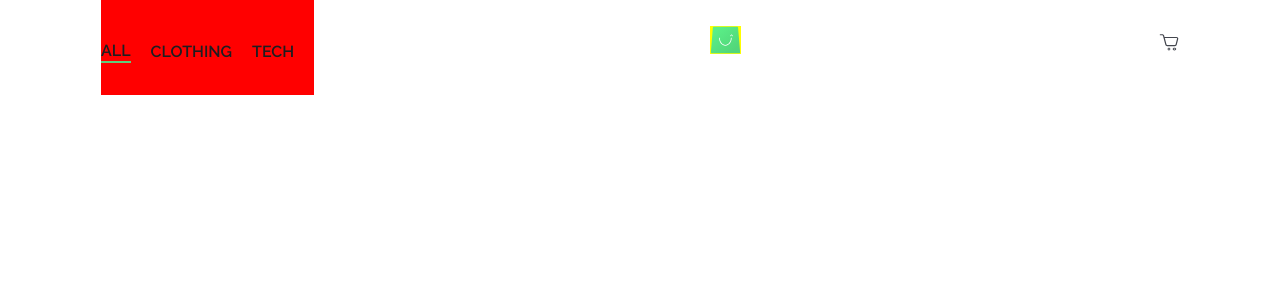
Repository: Esraa22M/project
Page: / (app in ecommerce/)
An editor plug-in stored every save of this project. The page is shown before and after the next save, followed by the edit.
The browser window is 1280 px wide. The pictures show the whole page.
The project was rebuilt for these pictures with package versions that can differ from the ones it lists, and the page was loaded fresh each time. Also part of the build but not shown: ecommerce/src/components/TechCategory.js, ecommerce/src/components/ClothingCategory.js, ecommerce/src/components/ErrorPage.js, ecommerce/src/components/ProductDetails.js, ecommerce/src/components/Cart.js.

Above is the page before, as saved 2022-03-26 02:09:56.

### ecommerce/public/index.html
<!DOCTYPE html>
<html lang="en">

<head>
  <meta charset="utf-8" />
  <link rel="icon" href="%PUBLIC_URL%/favicon.ico" />
  <meta name="viewport" content="width=device-width, initial-scale=1" />
  <meta name="theme-color" content="#000000" />
  <link rel="preconnect" href="https://fonts.googleapis.com">
  <link rel="preconnect" href="https://fonts.gstatic.com" crossorigin>
  <link
    href="https://fonts.googleapis.com/css2?family=Raleway:wght@300;400;500;600;700;800;900&family=Roboto:wght@300;400;500;700;900&family=Source+Sans+Pro:wght@300;400;600;700;900&display=swap"
    rel="stylesheet">
  <meta name="description" content="Web site created using create-react-app" />
  <link rel="apple-touch-icon" href="%PUBLIC_URL%/logo192.png" />
  <!--
      manifest.json provides metadata used when your web app is installed on a
      user's mobile device or desktop. See https://developers.google.com/web/fundamentals/web-app-manifest/
    -->
  <link rel="manifest" href="%PUBLIC_URL%/manifest.json" />
  <!--
      Notice the use of %PUBLIC_URL% in the tags above.
      It will be replaced with the URL of the `public` folder during the build.
      Only files inside the `public` folder can be referenced from the HTML.

      Unlike "/favicon.ico" or "favicon.ico", "%PUBLIC_URL%/favicon.ico" will
      work correctly both with client-side routing and a non-root public URL.
      Learn how to configure a non-root public URL by running `npm run build`.
    -->
  <title>React App</title>
</head>

<body>
  <noscript>You need to enable JavaScript to run this app.</noscript>
  <div id="root"></div>
  <!--
      This HTML file is a template.
      If you open it directly in the browser, you will see an empty page.

      You can add webfonts, meta tags, or analytics to this file.
      The build step will place the bundled scripts into the <body> tag.

      To begin the development, run `npm start` or `yarn start`.
      To create a production bundle, use `npm run build` or `yarn build`.
    -->
</body>

</html>

### ecommerce/src/index.css

/* ------------------- */
/* Custom properties   */
/* ------------------- */
:root {
  /* colors */
  --clr-primary: hsla(136, 53%, 59%, 1);
  --clr-black:hsla(216, 8%, 12%, 1);
  --clr-light: hsla(210, 5%, 67%, 0.19);
  --clr-light-grey:hsla(231, 6%, 58%, 1);
  --clr-white:hsla(0, 0%, 100%, 1);
  --clr-neutral:hsla(247, 13%, 25%, 0.22);
   /* font-sizes */
   --fs-14:0.875;
   --fs-16: 1rem;
   --fs-18: 1.125rem;
   --fs-24:1.5rem;
   --fs-30:1.875rem;
   --fs-42:2.625rem;
    /* font-families */
    --ff-raleway:'Raleway', sans-serif;
    --ff-roboto: 'Roboto', sans-serif;

}
/* ------------------- */
/* Reset               */
/* ------------------- */

/* Box sizing */
*,
*::before,
*::after {
    box-sizing: border-box;
    margin: 0;
    padding: 0;
}
body{
  font-family: var(--ff-raleway);
  position: relative;
  font-size:16px;
  color: var(--clr-black);
  line-height:18px;
  min-height: 100vh;
  -webkit-font-smoothing: antialiased;
  -moz-osx-font-smoothing: grayscale;
}

### ecommerce/src/App.js
import React from "react";
import { BrowserRouter as Router, Routes, Route } from "react-router-dom";
import AllCategory from "./components/AllCategory";
import Navbar from "./components/Navbar";
import TechCategory from "./components/TechCategory";
import ClothingCategory from "./components/ClothingCategory";
import ErrorPage from "./components/ErrorPage";
import ProductDetails from "./components/ProductDetails";
import Cart from "./components/Cart";
class App extends React.Component {
  constructor(props) {
    super(props);

    this.state = {};
  }

  render() {
    return (
      <Router>
        <Navbar

        />

        <Routes>
          <Route
            path="/"
            element={
              <AllCategory

              />
            }
          >
          </Route>
          <Route
            path="/clothes"
            element={
              <ClothingCategory

              />
            }
          ></Route>
          <Route
            path="/tech"
            element={
              <TechCategory

              />
            }
          ></Route>
          <Route
            path="/details/:id"
            element={
              <ProductDetails

              />
            }
          ></Route>
          <Route
            path="/cart"
            element={
              <Cart

              />
            }
          ></Route>
          <Route path="*" element={<ErrorPage />}></Route>
        </Routes>
      </Router>
    );
  }
}

// #endregion

export default App;

### ecommerce/src/components/AllCategory.js
import React from 'react';
class AllCategory extends React.Component {
constructor(props) {
    super(props);

    this.state = {
    };
}

    render() {
        return <div></div>;
    }
}


export default AllCategory;

### ecommerce/src/components/Navbar.js
import React from "react";
import circle from "../images/halfCircle.svg";
import cart from "../images/cartIcon.svg";
import bag from "../images/logo.svg";
import cartLeg from "../images/cartLeg.svg";
import arrow from "../images/arrow.svg";
import {
    Nav,
    NavLink,
    NavMenu,
    Right,
    Center,
    Header,
    ShoppingCartIcon,
  } from "../styles/Navbar.style";
class Navbar extends React.Component {
  constructor(props) {
    super(props);

    this.state = {

      links: [true , false , false],

    };
  }
  handleOnLinkClick = (index) => {
    let tempLinks = [...this.state.links];
    for (var i = 0; i < tempLinks.length; i++) {
      tempLinks[i] = false;
    }

    tempLinks[index] = true;
    this.setState({ links: tempLinks });
  };
  render() {
    let links = this.state.links;

    return (
      <Header>
        <Nav>
          <NavMenu>
            <NavLink
              to="/"
              className={links[0] === true ? "active" : ""}
               onClick={() => this.handleOnLinkClick(0)}
            >
              ALL
            </NavLink>
            <NavLink
              to="/clothes"
              className={links[1] === true ? "active" : ""}
              onClick={() => this.handleOnLinkClick(1)}
            >
              Clothing
            </NavLink>
            <NavLink
              className={links[2] === true ? "active" : ""}
              to="/tech"
              onClick={() => this.handleOnLinkClick(2)}
            >
              Tech
            </NavLink>
          </NavMenu>
          <Center>
           <img
              src={bag}
              className="bag"
              alt="shopping-bag"
            />
            <img src={arrow} alt="up-arrow" className="upArrow" />
            <img src={circle} alt="circle" className="circle" />
          </Center>
          <Right>
            {/* <CustomDropDownMenu
              handleCurrencyIndexSelection={
                this.props.handleCurrencyIndexSelection
              }
            /> */}
            <ShoppingCartIcon>
              <img src={cart} alt="cart" className="cart-icon" />
              <img src={cartLeg} alt="cart" className="cart-leg-1 " />
              <img src={cartLeg} alt="cart" className="cart-leg-2 " />

              {/* <img src={cartLeg} alt="cart" className="cart-leg-1 " />
              <img src={cartLeg} alt="cart" className="cart-leg-2 " />
              {/* {this.props.cartItemsCount > 0 ? ( *
                <span className="circle">{this.props.cartItemsCount}</span>
              ) : (
                ""
              )} */}
             </ShoppingCartIcon>
          </Right>
        </Nav>
      </Header>
    );
  }
}
export default Navbar;

### ecommerce/src/styles/Navbar.style.js
import styled from "styled-components";
import { Link } from "react-router-dom";
export let Header = styled.header`
background-color:var(--clr-white);
`
export let Nav = styled.nav`
  display: flex;
  align-items: center;
  justify-content: space-between;
  text-transform: uppercase;
  padding: 0;
  margin: 0 6.313rem;

  height: 5rem;
`;

export const NavMenu = styled.div`
  & > * {
    margin-right: 1.25rem;
  }
  display: flex;
  justify-content: center;
  align-items: center;
  padding-top: 1.75rem;
  background-color:red;
  padding-bottom: 2rem;
  .active {
    border-bottom: 2px solid var( --clr-primary);
  }
`;
export const NavLink = styled(Link)`
  color: var(--color-black);
  text-decoration: none;
  display: flex;
  font-weight: 600;
  line-height: 1.2rem;
  font-size:var(--fs-16);
  text-align: center;
  padding-top:1.75rem;
  cursor: pointer;
`;
export const Center = styled.div`
  display: flex;
  line-height:18px;
  background-color:yellow;
  position: relative;
  width: 1.949rem;
    height: 1.789rem;
  .circle,
  .upArrow {
    position: absolute;
  }
  .bag {
    width: 100%;
    height:100%;
  }
  .upArrow {
    width:0.338rem;
    height:0.199rem;
    bottom: 1.082rem;
    right: 0.429rem;
  }
  .circle {
    bottom: 0.54rem;
    right: 0.571rem;
    width:0.88rem;
    height:0.562rem;
  }
`;
export const Right = styled.div`
  display: flex;
  justify-content: center;
  align-items: center;`

export let ShoppingCartIcon = styled.div`
  display: flex;
  flex-direction: column;
  justify-content: center;
  align-items: center;
  position: relative;
  width:1.25rem;
  height:0.813rem;
  margin-left: 1.375rem;
  .cart-icon{
    width:100%;
    height:100%;
  }
  .cart-leg-1 ,.cart-leg-2{
    position:absolute;
    width:0.274rem;
    height:0.262rem;
    display:inline-block;
    top:100%;
  }
  .cart-leg-2{
    right:0.133rem;
  }

  /* .circle {
    position: absolute;
    display: flex;
    display:none;
    justify-content: center;
    align-items: center;
    color: var(--color-white);
    background-color: var(--color-black);
    border-radius: 100%;
    bottom: 1.5vw;
    font-weight: 700;
    font-size: 1.5vw;
    line-height: 2.28vw;
    text-align: center;
  }
  .cart-leg-1 , .cart-leg-2{
    position:absolute;
  }
  .cart-leg-1{
    top:1rem;
    right:0.1rem;
  }
  .cart-leg-2{
    top:1rem;

  } */

`;

Loaded but not shown: ecommerce/src/index.js (common file)

After the next save:
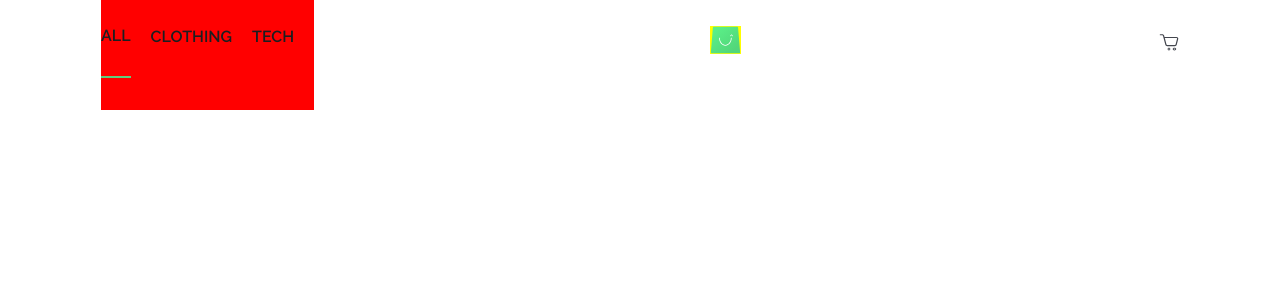
Saved 26 s later.
--- a/ecommerce/src/styles/Navbar.style.js
+++ b/ecommerce/src/styles/Navbar.style.js
@@ -37,6 +37,7 @@
   font-size:var(--fs-16);
   text-align: center;
   padding-top:1.75rem;
+  padding-bottom:1.875rem;
   cursor: pointer;
 `;
 export const Center = styled.div`
